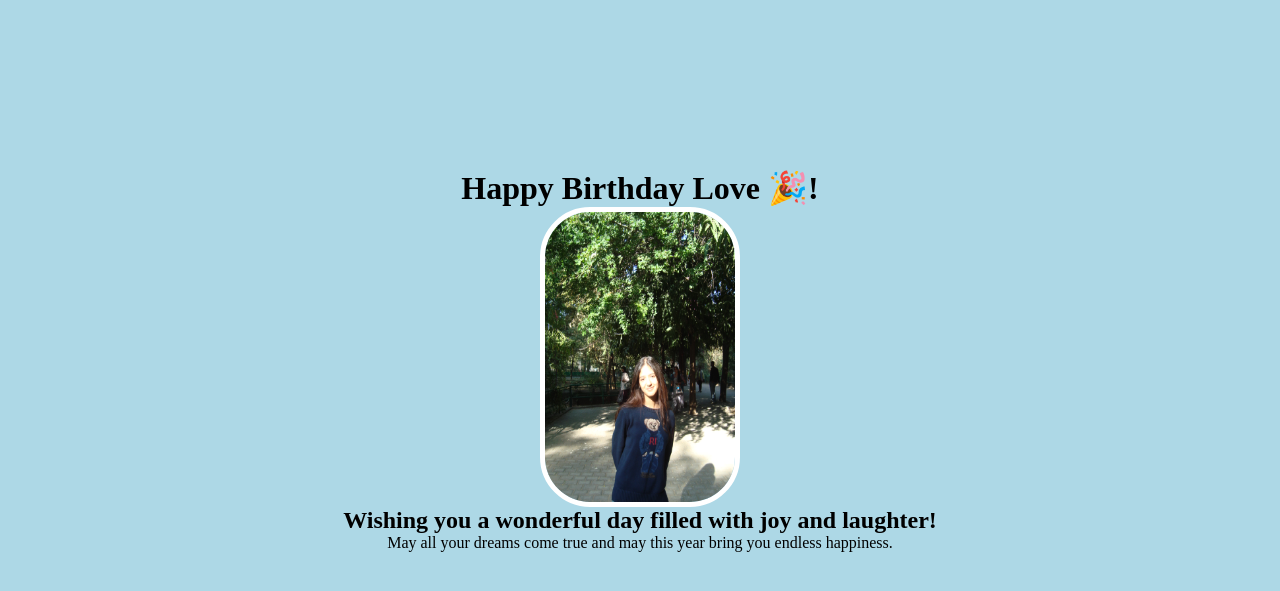
Repository: raghhavv03/html-css-practice
Page: css-task-5/index.html
These files come from the project's save history. The page is drawn as it stood at one moment and after a run of saves; the edit follows.
The browser window is 1280 px wide. The pictures show the whole page.
Some web fonts or font styles are not loaded; a fallback is used.

Above is the page before, as saved 2026-02-07 16:17:53.

### css-task-5/index.html
<!DOCTYPE html>
<html>
    <head>
        <title>Birthday Card</title>
        <link rel="stylesheet" href="./style.css">
        <link rel="preconnect" href="https://fonts.googleapis.com">
        <link rel="preconnect" href="https://fonts.gstatic.com" crossorigin>
        <link href="https://fonts.googleapis.com/css2?family=Birthstone&display=swap" rel="stylesheet">
    </head>
    <body>
        <h1>Happy Birthday Love 🎉!</h1>
        <img id="birthday-image" src="./love.jpg">
        <h2>Wishing you a wonderful day filled with joy and laughter!</h2>
        <p>May all your dreams come true and may this year bring you endless happiness.</p>
    </body>
</html>

### css-task-5/style.css
* {
    margin: 0;
    padding: 0;
    box-sizing: border-box;
}

body {
    height: 100vh;
    background-color: lightblue;
    display:flex;
    flex-direction: column;
    align-items: center;
    justify-content: center;
    font-family: "Birthstone", cursive;
    font-weight: 400;
    font-style: normal;
}

#birthday-image {
    width: 200px;
    height: 300px;
    border-radius: 50px;
    border: solid 5px white;
}

After the next 3 saves:
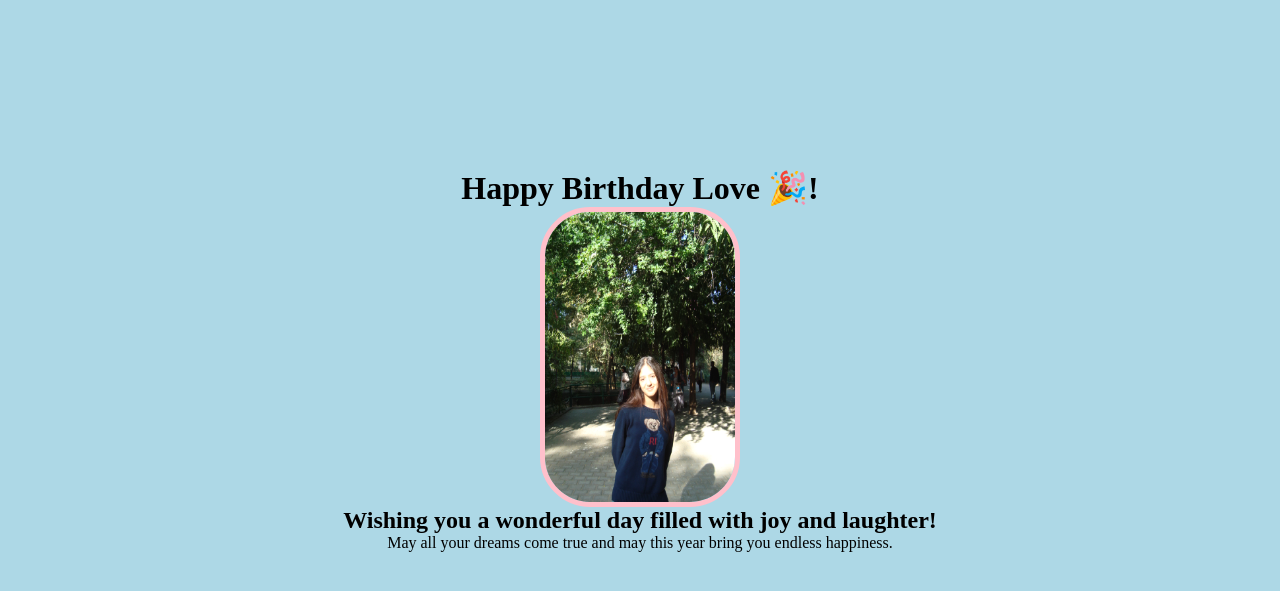
The 3 saves are shown as one change because they came seconds apart.
The last was saved 9 s later.
--- a/css-task-5/style.css
+++ b/css-task-5/style.css
@@ -20,5 +20,5 @@ body {
     width: 200px;
     height: 300px;
     border-radius: 50px;
-    border: solid 5px white;
+    border: solid 5px pink;
 }
